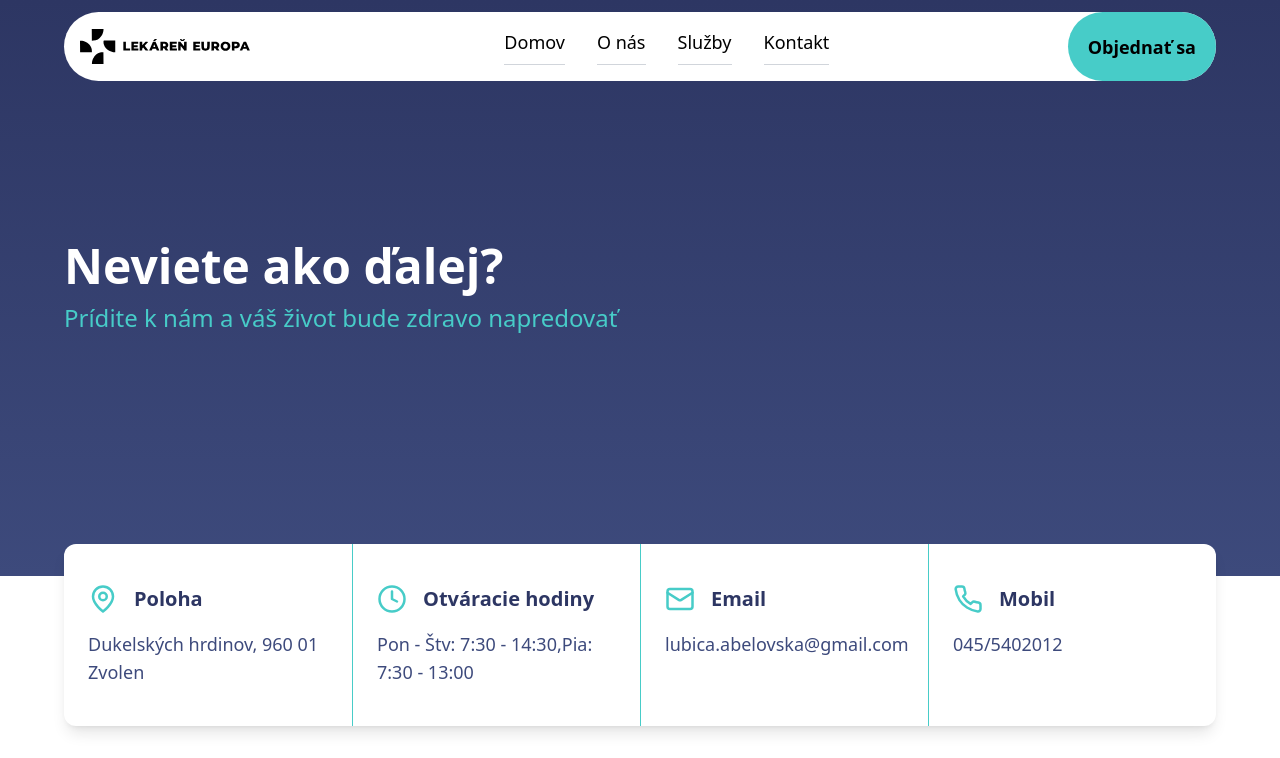
Repository: SimonSkoda13/Lekaren
Page: /
The author's editor kept a copy of each file at every save. The page is drawn from the files as they stood at one save, then again after the next save.
The browser window is 1280 px wide. The pictures show the whole page.
The project was rebuilt for these pictures with package versions that can differ from the ones it lists, and the page was loaded fresh each time. The framework's server and built-in components were replaced by stand-ins that run in the browser. Also part of the build but not shown: next.config.js.

Above is the page before, as saved 2023-04-22 20:10:35.

After the next save:
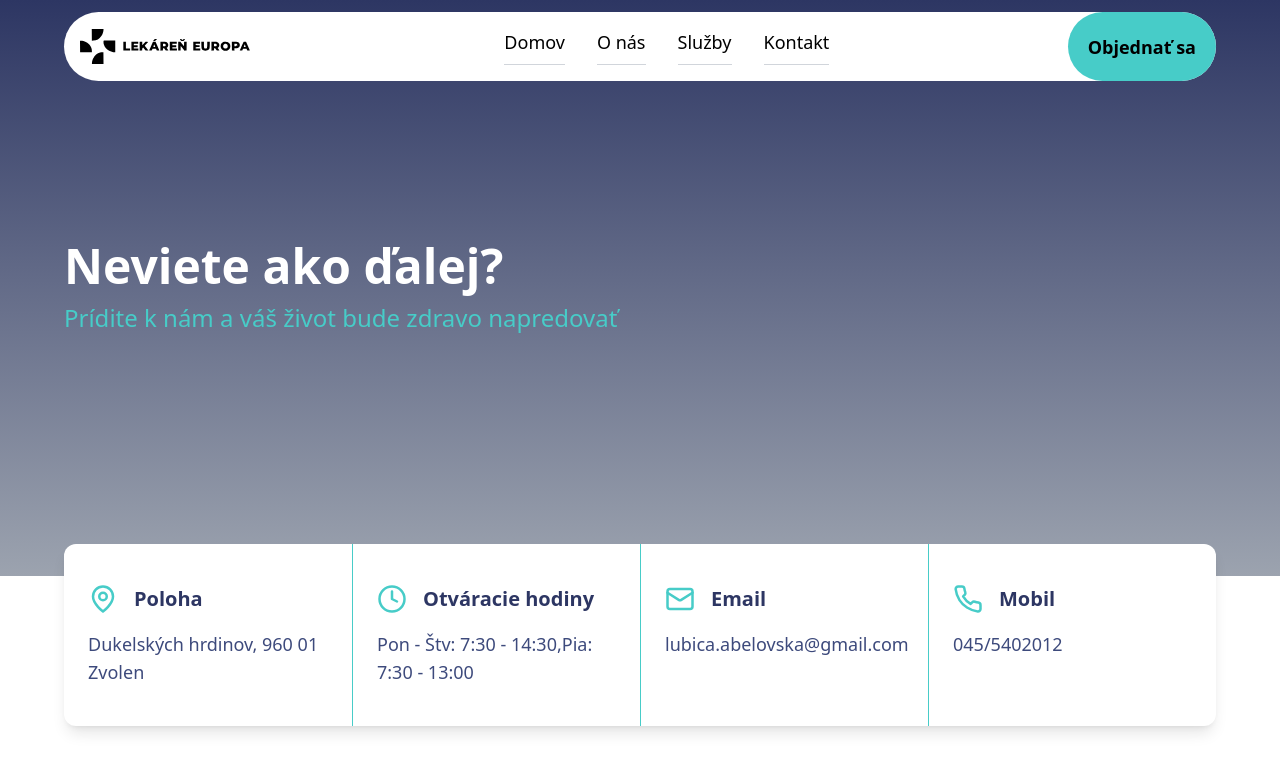
Saved 20 s later.
--- a/src/app/components/HomeHero/ImageGradient/ImageGradient.tsx
+++ b/src/app/components/HomeHero/ImageGradient/ImageGradient.tsx
@@ -8,7 +8,7 @@ export const ImageGradient = (props: ImageGradientProps) => {
   const { children } = props;
   return (
     <div className="relative w-full h-full overflow-hidden z-10">
-      <div className="absolute inset-0 z-10 bg-gradient-to-b from-secondary to-secondary-light"></div>
+      <div className="absolute inset-0 z-10 bg-gradient-to-b from-secondary to-gray-400"></div>
       {children}
     </div>
   );
